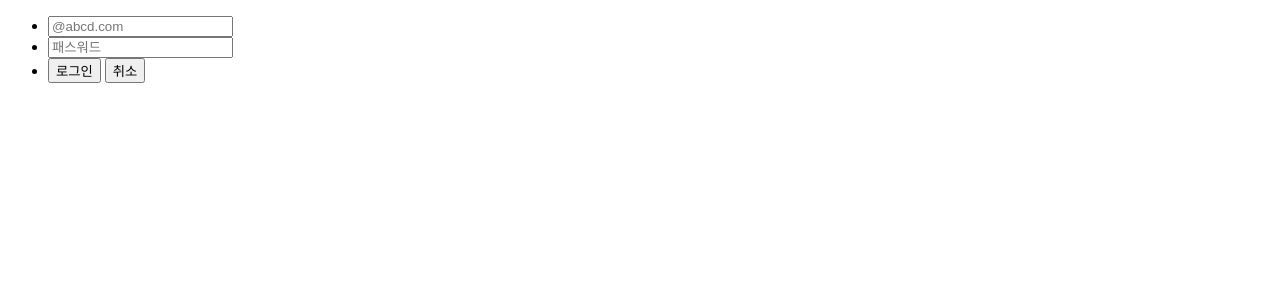
Repository: onpul/TEAM1
Page: http://localhost/Riding/mj/LoginForm.jsp
These files come from the project's save history. The page is drawn as it stood at one moment and after the next save; the edit follows.
The browser window is 1280 px wide. The pictures show the whole page.
The page is served by Tomcat 9. Other server files are loaded and not shown.

Above is the page before, as saved 2022-06-04 09:59:58.

### Riding/WebContent/mj/LoginForm.jsp
<%@ page contentType="text/html; charset=UTF-8"%>
<%
	request.setCharacterEncoding("UTF-8");
	String cp = request.getContextPath();
%>
<!DOCTYPE html>
<html>
<head>
<meta charset="UTF-8">
<title>Insert title here</title>
</head>
<body>
	<div>
		<form action="login.action" method="post" id="loginForm">
			<ul>
				<li>
					<input type="text" id="id" name="id" placeholder="@abcd.com" required="required"/>
				</li>
				<li>
					<input type="password" id="pw" name="pw" placeholder="패스워드" required="required"/>
				</li>
				<li>
					<input type="button" value="로그인" id="submitBtn" class="btn"/>
					<input type="reset" value="취소" id="resetBtn" class="btn"/>
				</li>
			</ul>
		</form>
	</div>
</body>
</html>

After the next save:
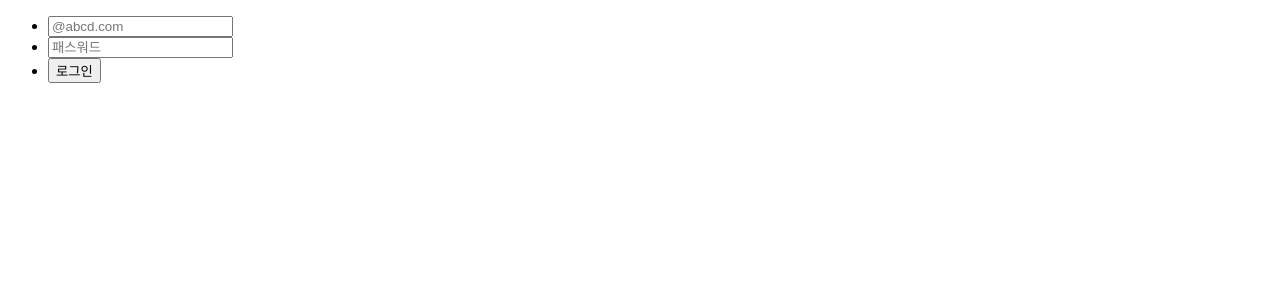
Saved 11 s later.
--- a/Riding/WebContent/mj/LoginForm.jsp
+++ b/Riding/WebContent/mj/LoginForm.jsp
@@ -21,7 +21,6 @@
 				</li>
 				<li>
 					<input type="button" value="로그인" id="submitBtn" class="btn"/>
-					<input type="reset" value="취소" id="resetBtn" class="btn"/>
 				</li>
 			</ul>
 		</form>
